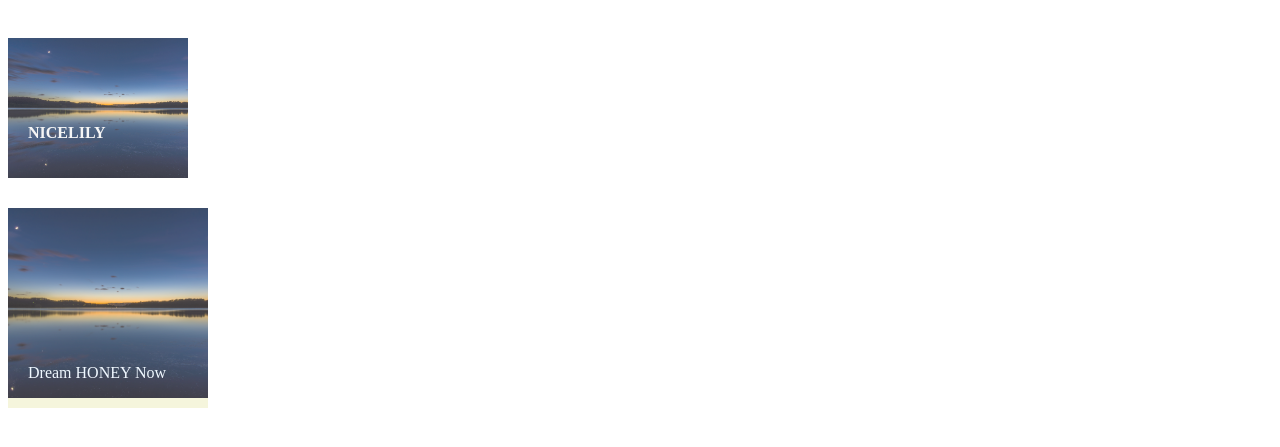
Repository: northpx/animation
Page: index.html
An editor plug-in stored every save of this project. The page is shown before and after a run of saves, followed by the edit.
The browser window is 1280 px wide. The pictures show the whole page.
The pointer rests on the first visible `.container1`.

Above is the page before, as saved 2022-12-21 18:34:46.

After the next 2 saves:
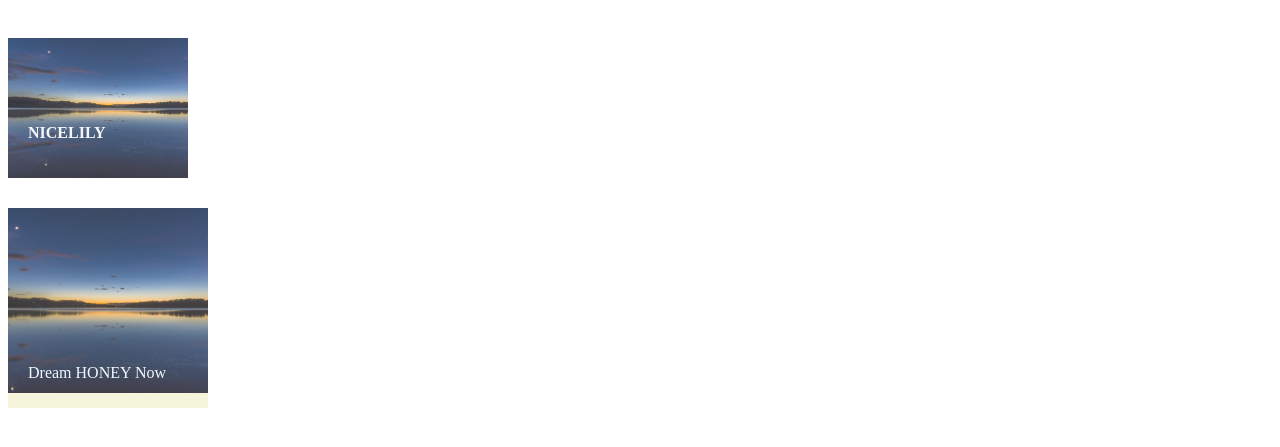
The 2 saves are shown as one change because they came seconds apart.
The last was saved 9 s later.
--- a/style.css
+++ b/style.css
@@ -116,5 +116,5 @@
 
 .container1:hover .bot{
     margin-top: 0;
-    height: 10px;
+    height: 15px;
 }
